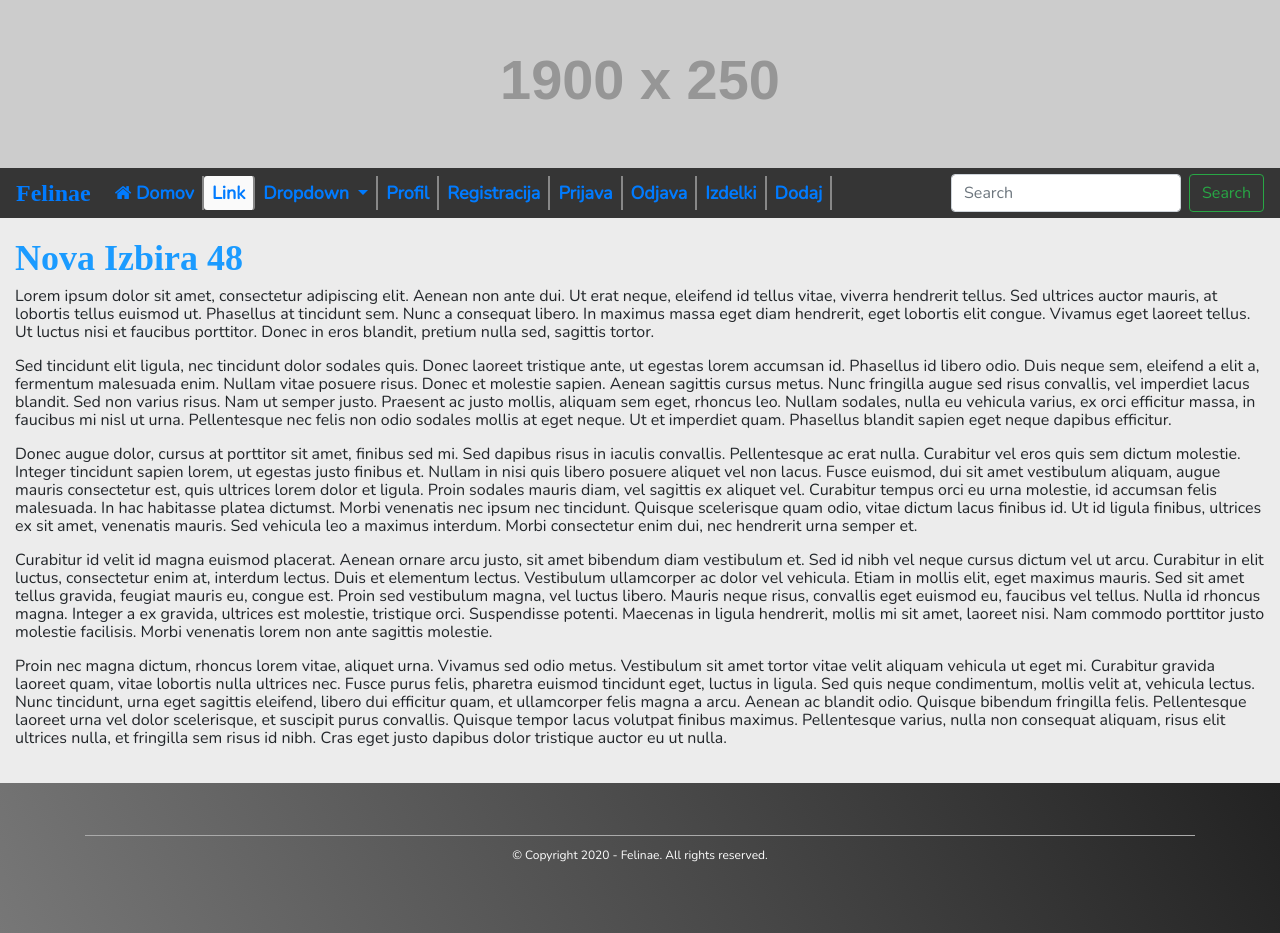
Repository: UrbyK/Felinae
Page: http://localhost/index.php?page=home
An editor plug-in stored every save of this project. The page is shown before and after the next save, followed by the edit.
The browser window is 1280 px wide. The pictures show the whole page.
Some web fonts or font styles are not loaded; a fallback is used. The page is run by PHP 8.4 with error messages shown; the project is at /var/www/html/.

Above is the page before, as saved 2020-08-29 18:28:33.

### index.php
<?php
    session_start();

    include './functions.php';

    $pdo = pdo_connect_mysql();

    $_GET   = filter_input_array(INPUT_GET, FILTER_SANITIZE_STRING);
    $_POST  = filter_input_array(INPUT_POST, FILTER_SANITIZE_STRING);

    $page = isset($_GET['page']) && file_exists($_GET['page']. '.php') ? $_GET['page'] : 'home';
    include $page . '.php';

    template_footer();

?>

### functions.php
<?php
    include './includes/dbh.inc.php';

    include_once('./includes/search-functions.php');
    include_once('./includes/picture-upload.inc.php');

    function template_header($title){
        include_once('./header.php');
    }

    function template_footer(){
        include_once('./footer.php');
    }


    function countries(){
        $pdo = pdo_connect_mysql();
        $stmt = $pdo->prepare("SELECT * FROM country");
        $stmt->execute();
        $result = $stmt->fetchAll(PDO::FETCH_ASSOC);
        return $result;
    }

    function slugify($string){
        return strtolower(trim(preg_replace('/[^A-Za-z0-9-]+/', '-', $string), '-'));
    }

    function get_image($product_id){
        $pdo = pdo_connect_mysql();
        $stmt = $pdo->prepare("SELECT * FROM product_image WHERE product_id = ?");
        $stmt->execute([$product_id]);
        $result = $stmt->fetchAll(PDO::FETCH_ASSOC);
        return $result;
    }

    function retail_price($product_id){
        $pdo = pdo_connect_mysql();
        $stmt = $pdo->prepare("SELECT * FROM product WHERE ID = ?");
        $stmt->execute([$product_id]);
        $product = $stmt->fetch();

        if($product['startsAt'] <= date('Y-m-d H:i:s') && date('Y-m-d H:i:s') <= $product['endsAt']){
            $retail_price = round($product['price']-($product['price']*($product['discount']/100)), 2);
        }
        else{
            $retail_price = $product['price'];
        }

        return $retail_price;

    }

?>

### includes/dbh.inc.php
<?php
    function pdo_connect_mysql(){
        /* credentials */
        $dbHost = 'localhost';
        $dbUser = 'root';
        $dbPass = '';
        $dbName = 'felinae';

        try{
            return new PDO('mysql:host=' . $dbHost . ';dbname=' . $dbName . ';charset=utf8', $dbUser, $dbPass);
        } catch (PDOException $exception) {
            // If there is an error with the connection, stop the script and display the error.
            die ('Failed to connect to database!'. $exception->getMessage());
        }
    }
?>

### includes/search-functions.php
<?php
    function get_city($pdo, $city, $postalCode, $country_id){

        $query = "SELECT * FROM city WHERE country_id = ? AND lower(city) LIKE lower(?) AND postalCode = ?";
        $stmt = $pdo->prepare($query);
        $stmt->execute([$country_id, $city, $postalCode]);
        return $stmt;
    }
?>

### includes/picture-upload.inc.php
<?php

    function image_upload($product_id, $url, $caption, $i){

        $pdo = pdo_connect_mysql();
        $target_dir = "./uploads/";
        $relative_dir = "./uploads/";

        $change_name = date("Y-m-d-h-i-s")."-".$product_id."-".basename($url);
        $change_name;
        $target_file = $target_dir . $change_name;
        $relative_file = $relative_dir . $change_name;

        $uploadOk = 1;
        $imageFileType = strtolower(pathinfo($target_file,PATHINFO_EXTENSION));

        if(isset($_POST["submit"])) {
            $check = getimagesize($_FILES["image"]["tmp_name"][$i]);
            if($check !== false) {
                //echo "File is an image - " . $check["mime"] . ".";
                $uploadOk = 1;
            } else {
                //echo "File is not an image.";
                $uploadOk = 0;
            }
        }

        if($imageFileType != "jpg" && $imageFileType != "png" && $imageFileType != "jpeg"
        && $imageFileType != "gif" ) {
            $uploadOk = 0;
        }

        if ($uploadOk == 1) {
            if (move_uploaded_file($_FILES["image"]["tmp_name"][$i], $target_file)) {
                //vse je ok, zapišem še v bazo
                $query = "INSERT INTO product_image(product_id, image, caption) VALUES (?,?,?)";
                $stmt = $pdo->prepare($query);
                $stmt->execute([$product_id, $relative_file, $caption]);
            }
        }
    }

?>

### home.php
<?=template_header('Home')?>
<div class="row">
    <h1>Nova Izbira 48</h1>
    <p>
    Lorem ipsum dolor sit amet, consectetur adipiscing elit. Aenean non ante dui. Ut erat neque, eleifend id tellus vitae, viverra hendrerit tellus. Sed ultrices auctor mauris, at lobortis tellus euismod ut. Phasellus at tincidunt sem. Nunc a consequat libero. In maximus massa eget diam hendrerit, eget lobortis elit congue. Vivamus eget laoreet tellus. Ut luctus nisi et faucibus porttitor. Donec in eros blandit, pretium nulla sed, sagittis tortor.
    </p>
    <p>
    Sed tincidunt elit ligula, nec tincidunt dolor sodales quis. Donec laoreet tristique ante, ut egestas lorem accumsan id. Phasellus id libero odio. Duis neque sem, eleifend a elit a, fermentum malesuada enim. Nullam vitae posuere risus. Donec et molestie sapien. Aenean sagittis cursus metus. Nunc fringilla augue sed risus convallis, vel imperdiet lacus blandit. Sed non varius risus. Nam ut semper justo. Praesent ac justo mollis, aliquam sem eget, rhoncus leo. Nullam sodales, nulla eu vehicula varius, ex orci efficitur massa, in faucibus mi nisl ut urna. Pellentesque nec felis non odio sodales mollis at eget neque. Ut et imperdiet quam. Phasellus blandit sapien eget neque dapibus efficitur.
    </p>
    <p>
    Donec augue dolor, cursus at porttitor sit amet, finibus sed mi. Sed dapibus risus in iaculis convallis. Pellentesque ac erat nulla. Curabitur vel eros quis sem dictum molestie. Integer tincidunt sapien lorem, ut egestas justo finibus et. Nullam in nisi quis libero posuere aliquet vel non lacus. Fusce euismod, dui sit amet vestibulum aliquam, augue mauris consectetur est, quis ultrices lorem dolor et ligula. Proin sodales mauris diam, vel sagittis ex aliquet vel. Curabitur tempus orci eu urna molestie, id accumsan felis malesuada. In hac habitasse platea dictumst. Morbi venenatis nec ipsum nec tincidunt. Quisque scelerisque quam odio, vitae dictum lacus finibus id. Ut id ligula finibus, ultrices ex sit amet, venenatis mauris. Sed vehicula leo a maximus interdum. Morbi consectetur enim dui, nec hendrerit urna semper et.
    </p>
    <p>
    Curabitur id velit id magna euismod placerat. Aenean ornare arcu justo, sit amet bibendum diam vestibulum et. Sed id nibh vel neque cursus dictum vel ut arcu. Curabitur in elit luctus, consectetur enim at, interdum lectus. Duis et elementum lectus. Vestibulum ullamcorper ac dolor vel vehicula. Etiam in mollis elit, eget maximus mauris. Sed sit amet tellus gravida, feugiat mauris eu, congue est. Proin sed vestibulum magna, vel luctus libero. Mauris neque risus, convallis eget euismod eu, faucibus vel tellus. Nulla id rhoncus magna. Integer a ex gravida, ultrices est molestie, tristique orci. Suspendisse potenti. Maecenas in ligula hendrerit, mollis mi sit amet, laoreet nisi. Nam commodo porttitor justo molestie facilisis. Morbi venenatis lorem non ante sagittis molestie.
    </p>
    <p>
    Proin nec magna dictum, rhoncus lorem vitae, aliquet urna. Vivamus sed odio metus. Vestibulum sit amet tortor vitae velit aliquam vehicula ut eget mi. Curabitur gravida laoreet quam, vitae lobortis nulla ultrices nec. Fusce purus felis, pharetra euismod tincidunt eget, luctus in ligula. Sed quis neque condimentum, mollis velit at, vehicula lectus. Nunc tincidunt, urna eget sagittis eleifend, libero dui efficitur quam, et ullamcorper felis magna a arcu. Aenean ac blandit odio. Quisque bibendum fringilla felis. Pellentesque laoreet urna vel dolor scelerisque, et suscipit purus convallis. Quisque tempor lacus volutpat finibus maximus. Pellentesque varius, nulla non consequat aliquam, risus elit ultrices nulla, et fringilla sem risus id nibh. Cras eget justo dapibus dolor tristique auctor eu ut nulla.
    </p>
</div>

<?=template_footer()?>

### header.php
<!DOCTYPE html>
<html>
    <head>
        <meta charset="utf-8" content="text/html"/>
        <meta name="viewport" content="width=device-width, intital-scale=1.0"/>

        <!-- JavaScript -->
        <script src="https://code.jquery.com/jquery-3.5.1.js" integrity="sha256-QWo7LDvxbWT2tbbQ97B53yJnYU3WhH/C8ycbRAkjPDc=" crossorigin="anonymous"></script>
        <!-- Boostrap -->
            <!-- CSS -->
        <link rel="stylesheet" href="https://stackpath.bootstrapcdn.com/bootstrap/4.5.0/css/bootstrap.min.css"
            integrity="sha384-9aIt2nRpC12Uk9gS9baDl411NQApFmC26EwAOH8WgZl5MYYxFfc+NcPb1dKGj7Sk" crossorigin="anonymous" />

            <!-- JavaScript -->
        <script src="https://stackpath.bootstrapcdn.com/bootstrap/4.5.0/js/bootstrap.bundle.min.js"
             integrity="sha384-1CmrxMRARb6aLqgBO7yyAxTOQE2AKb9GfXnEo760AUcUmFx3ibVJJAzGytlQcNXd" crossorigin="anonymous"></script>

        <!-- FONTAWESOME -->
        <link rel="stylesheet" href="https://stackpath.bootstrapcdn.com/font-awesome/4.7.0/css/font-awesome.min.css" integrity="sha384-wvfXpqpZZVQGK6TAh5PVlGOfQNHSoD2xbE+QkPxCAFlNEevoEH3Sl0sibVcOQVnN"
         crossorigin="anonymous">

         <script src="./js/active-menu.js" crossorigin="anonymous"></script>

         <!--CUSTOM CSS-->
         <link rel="stylesheet" href="./css/style.css">

        <title>Felinae</title>
    </head>

    <body>

        <header>
            <div class="banner"><img src="https://via.placeholder.com/1900x250" alt="banner"></div>
        </header>

       <!-- <nav class="navbar sticky-top navbar-expand-lg navbar-light bg-light ">-->
        <nav class="navbar sticky-top navbar-expand-lg">
            <a class="navbar-brand" href="#">Felinae</a>
            <button class="navbar-toggler ml-auto custom-toggler" type="button" data-toggle="collapse" data-target="#navbarSupportedContent" aria-controls="navbarSupportedContent" aria-expanded="false" aria-label="Toggle navigation">
                <span class="navbar-toggler-icon"></span>
            </button>

            <div class="collapse navbar-collapse" id="navbarSupportedContent">

                <ul class="navbar-nav mr-auto">
                    <li class="nav-item">
                        <a class="nav-link" href="./index.php"><i class="fa fa-home" aria-hidden="true"></i> Domov <span class="sr-only">(current)</span></a>
                    </li>
                    <li class="nav-item">
                        <a class="nav-link" href="./index.php?page=home">Link</a>
                    </li>
                    <li class="nav-item dropdown" >
                        <a class="nav-link dropdown-toggle" href="#" id="navbarDropdown" role="button" data-toggle="dropdown" aria-haspopup="true" aria-expanded="false">
                        Dropdown
                        </a>
                        <div class="dropdown-menu" aria-labelledby="navbarDropdown">
                        <a class="dropdown-item" href="#">Action</a>
                        <a class="dropdown-item" href="#">Another action</a>
                        <div class="dropdown-divider"></div>
                        <a class="dropdown-item" href="#">Something else here</a>
                        </div>
                    </li>

                    <li class="nav-item">
                        <a class="nav-link" href="./index.php?page=profile">Profil</a>
                    </li>
                    <li class="nav-item">
                        <a class="nav-link" href="./index.php?page=register-user">Registracija</a>
                    </li>
                    <li class="nav-item">
                        <a class="nav-link" href="./index.php?page=login">Prijava</a>
                    </li>
                    <li class="nav-item">
                        <a class="nav-link" href="./index.php?page=logout">Odjava</a>
                    </li>
                    <li class="nav-item">
                        <a class="nav-link" href="./index.php?page=products">Izdelki</a>
                    </li>
                    <li class="nav-item">
                        <a class="nav-link" href="./index.php?page=product-add">Dodaj</a>
                    </li>

                </ul>

                <form class="form-inline my-2 my-lg-0">
                    <input class="form-control mr-sm-2" type="search" placeholder="Search" aria-label="Search">
                    <button class="btn btn-outline-success my-2 my-sm-0" type="submit">Search</button>
                </form>

            </div>
        </nav>

    <div class="container-fluid">

### footer.php
    </div><!-- class="container-fluid" --->

        <footer class="page-footer font-small flow-footer" id="footer" role="contentinfo">
            <div class="footer-wrapper">
                <div class="container container-footer">
                    <div class="row">
                        <hr>

                        <div class="col-12 copy">

                            <p class="text-center">&copy; Copyright 2020 - Felinae.  All rights reserved.</p>

                        </div>

                    </div>
                </div>
            </div>
        </footer>





    </body>
</html>

### js/active-menu.js
$(function(){
    // this will get the full URL at the address bar
    var url = window.location.href;

    // passes on every "a" tag
    $(".navbar a").each(function() {
            // checks if its the same on the address bar
        if(url === (this.href)) {
            $(this).closest("li").addClass("active");
        }
    });
});

### css/style.css
@import url('http://fonts.googleapis.com/css?family=Oxygen+Mono');
@import url('https://fonts.googleapis.com/css?family=Damion|Neucha|Pacifico|Yellowtail&display=swap');
@import url('https://fonts.googleapis.com/css2?family=Crimson+Text&family=Nunito&family=Overlock&family=Source+Sans+Pro&display=swap');
@import url('https://fonts.googleapis.com/css2?family=Love+Ya+Like+A+Sister&display=swap');

*{
    text-decoration: none;
    list-style: none;
}

body{
    padding: 0;
    margin: 0 auto;
    font-size: 16px;
    line-height: 1.125em;
    height: 100%;
    min-height: 100%;
    font-family: 'Nunito', 'Source Sans Pro', sans-serif;
    background-color: #ececec;
}

h1, h2, h3, h4, h5, h6{
    font-family: 'Overlock', 'Crimson Text', cursive, serif;
    color: #1b9bff;
    font-weight: 550;
    line-height: 1.125em;
}

h1{
    font-size: 36px;
}
h2{
    font-size: 32px;
}
h3{
    font-size: 28px;
}
h4{
    font-size: 24px;
}
h5{
    font-size: 20px;
}
h6{
    font-size: 16px;
}

.container, .container-fluid{
  height: 100%;
  min-height: 100%;
}

/* BANNER */
.banner img{
    width: 100%;
    height: auto;
}

/*NAVBAR*/
.navbar{
    background-color: rgb(53,53,53);
    font-size: 18px;
    font-weight: 600;
    max-height: 50px;
}

.navbar-brand{
    font-size: 24px;
    font-family: 'Love Ya Like A Sister','Overlock';
    font-weight: 800;

}

.custom-toggler .navbar-toggler-icon {
    background-image: url("data:[embedded picture, 239 characters]");
  }

  .custom-toggler, .navbar-toggler {
    border-color: rgb(27, 155, 255);
    border-width: 2px;
  }

  .active{
    background-color: #FAFAFA;
    border-radius: 3px;
  }
.navbar-nav .nav-item{
    border-right: 2px solid #888;
}

/*=======FOOTER=========*/
footer {
  background: #535355;
  background: -webkit-linear-gradient(63deg, #777777, #222222);
  background: linear-gradient(63deg, #777777, #222222);
  color: white;
  height: 150px;
  position: relative;
  width: 100%;
}

footer a {
  color: #fefefe;
  font-size: 14px;
  transition-duration: 0.2s;
}

footer a:hover {
  color: #1b9bff;
  text-decoration: none;
}

.copy {
  font-size: 12px;
  padding: 10px;
  border-top: 1px solid #aaa;
}

.footer-wrapper {
  padding-top: 2em;
  color: white;
}



/*REGISTER/LOGIN FORM*/

.my-form .hint{
    font-size: 10px;
}

/*======PRODUCT ADD======*/
.form-group .col #charNum{
  float: right;
}

/*======== HOVERBOX ==============*/
/* displays text when you hover over the image */
.hvrbox,
.hvrbox * {
  box-sizing: border-box;
}

.hvrbox {
  position: relative;
  display: inline-block;
  overflow: hidden;

  height: 100%;
  width: auto;
  margin-top: 5%;
  padding-bottom: 10px;

  border-bottom: 1px dashed #aaa;
}

.hvrbox img {
  max-width: 100%;
  margin: auto;
}

.hvrbox .hvrbox-layer_bottom {
  display: block;
}

.hvrbox .hvrbox-layer_top {
  opacity: 0;
  position: absolute;
  top: 0;
  left: 0;
  right: 0;
  bottom: 0;
  width: 100%;
  height: 100%;
  background: rgba(0, 0, 0, 0.6);
  color: #fff;
  padding: 15px;
  -moz-transition: all 0.5s ease-in-out 0s;
  -webkit-transition: all 0.5s ease-in-out 0s;
  -ms-transition: all 0.5s ease-in-out 0s;
  transition: all 0.5s ease-in-out 0s;
}

.hvrbox:hover .hvrbox-layer_top,
.hvrbox.active .hvrbox-layer_top {
  opacity: 1;
  height: 100%;
}

.hvrbox .hvrbox-text {
  text-align: center;
  font-size: 17px;
  display: inline-block;
  position: absolute;
  top: 50%;
  left: 50%;
  -moz-transform: translate(-50%, -50%);
  -webkit-transform: translate(-50%, -50%);
  -ms-transform: translate(-50%, -50%);
  transform: translate(-50%, -50%);
}

.hvrbox .hvrbox-text_mobile {
  font-size: 15px;
  border-top: 1px solid rgb(179, 179, 179); /* for old browsers */
  border-top: 1px solid rgba(179, 179, 179, 0.7);
  margin-top: 5px;
  padding-top: 2px;
  display: none;
}

.hvrbox.active .hvrbox-text_mobile {
  display: block;
}

.hvrbox .hvrbox-layer_slideup {
  -moz-transform: translateY(100%);
  -webkit-transform: translateY(100%);
  -ms-transform: translateY(100%);
  transform: translateY(100%);
}

.hvrbox:hover .hvrbox-layer_slideup,
.hvrbox.active .hvrbox-layer_slideup {
  -moz-transform: translateY(0);
  -webkit-transform: translateY(0);
  -ms-transform: translateY(0);
  transform: translateY(0);
}

.hvrbox:hover .price{
  color: #fff;
  -moz-transition: color 0.8s ease 0s;
  -webkit-transition: color 0.8s ease 0s;
  -ms-transition: color 0.8s ease 0s;
  transition: color 0.8s ease 0s;
}

/*========PRODUCTS=========*/
.card-btn form input{
  max-width: 250px;
  width: 100%;
}

form input[type="number"] {
  width: 100%;
	padding: 10px;
	margin-bottom: 15px;
	border: 1px solid #aaa;
	color: #555555;
  border-radius: 5px;
  -moz-appearance: textfield;
}

form input[type="submit"] {
	background-color: #1b9bff;;
	border: 0;
	color: #FFFFFF;
	width: 100%;
	padding: 12px 0;
	text-transform: uppercase;
	font-size: 14px;
	font-weight: bold;
	border-radius: 5px;
  cursor: pointer;

}

form input[type="submit"]:hover {
	background-color: #1a5f94;;
}


.product-item {
  background-color: #fff;
  border: 1px solid black;
}

.product-name{
  font-size: 16px;
  /*padding-top: 15px;*/
  font-weight: bold;
  color: #1b9bff;
  font-family: 'Franklin Gothic Medium', 'Arial Narrow', Arial, sans-serif;
}

.product-name:hover{
color: #1a5f94;
}



/* THUMBNAIL FOR IMAGE PREVIEW ON PRODUCTS*/
.img-thumbnail{
  max-height: 100%;
  height: auto;
  width: auto;
}

.row{
  margin: 20px auto;
}


/* CARD */
.products-preview{
  max-height: 450px;
}

.products-preview-body{
  height: 200px;

}

.products-preview-body ul{
  list-style: none;
  padding: 0;
}
/*
.products-preview-body span {
  position: relative;
  display: block;
}*/

/*==products prices==*/
.card-btn{
  margin: 20px auto;
}

.price{
  font-weight: bold;
  font-size: 20px;
  color: #3f3f3f;
  }

.old-price{
  font-size: 20px;
  margin: 0 5px;
  font-weight: normal;
  color: #777;
}

.discount{
  font-size: 18px;
  color: #eee;
  font-weight: 900;
  border: 2px solid #009900;
  border-radius: 50%;
  background-color: #009900;
  margin: 3px;
  padding: 5px;
  float: right;
  text-decoration: none;
}

del, .old-price{
  text-decoration: line-through;
}

input[type=submit]:disabled{
  background-color: #346081;
}

.product-picture{
  display: flex;
  align-items: center;
  justify-content: center;
}

.product-picture img{
  align-items: center;
  justify-content: center;
  max-width: 100%;
  margin: auto;
  border: 2px solid #aaa;
  max-height: 650px;
  /*border-radius: 50px;*/
}



.product-info{
  margin: auto 0;
  padding-right: 5%;
  padding-bottom: 55px;
  background-color: #efefef;
}

.product-info h1 {
	font-size: 34px;
	font-weight: normal;
	margin: 0;
  padding: 20px 0 10px 0;
  color: #1b9bff;
  font-family:  'Franklin Gothic Medium', 'Arial Narrow', Arial, sans-serif;
}

.product-info .price {
	display: block;
	font-size: 22px;
}

.product-info form {
	display: flex;
	flex-flow: column;
  margin: 40px 0;
}

.product-info form input,
.card-btn form input{
  max-width: 250px;
  width: 100%;
}

.product-info form input[type="number"],
.card-btn form input[type="number"],
.cart form input[type="number"] {
  width: 100%;
	padding: 10px;
	margin-bottom: 15px;
	border: 1px solid #aaa;
	color: #555555;
  border-radius: 5px;
  -moz-appearance: textfield;
}

.product-info form input[type="submit"],
.card-btn form input[type="submit"] {
	background-color: #1b9bff;;
	border: 0;
	color: #FFFFFF;
	width: 100%;
	padding: 12px 0;
	text-transform: uppercase;
	font-size: 14px;
	font-weight: bold;
	border-radius: 5px;
  cursor: pointer;

}
.product-info form input[type="submit"]:hover,
.card-btn form input[type="submit"]:hover {
	background-color: #1a5f94;;
}
/*
.product-price .old-price{
  float: left;
}
*/
li .discount{
  float: none;
  text-decoration: none !important;
}

.product-price .retail-price{
  font-size: 38px;
  margin-top: 24px;
}

/*===CAROUSEL===*/
.carousel-control:hover{
  background-color: rgba(51, 51, 51, 0.5);
}

.carousel-inner {
  margin: auto 0;
}

.sales-date{
  margin-bottom: 10px;
  font-size: 18px;
  color: #009900;
}

.whitespace{
  white-space: pre-wrap;
}

.products-preview{
  margin: 5px auto;
}

.measurements{
  white-space: nowrap;
}

.measurements li{
  display: inline;
}


/*======FOOTER======*/

After the next save:
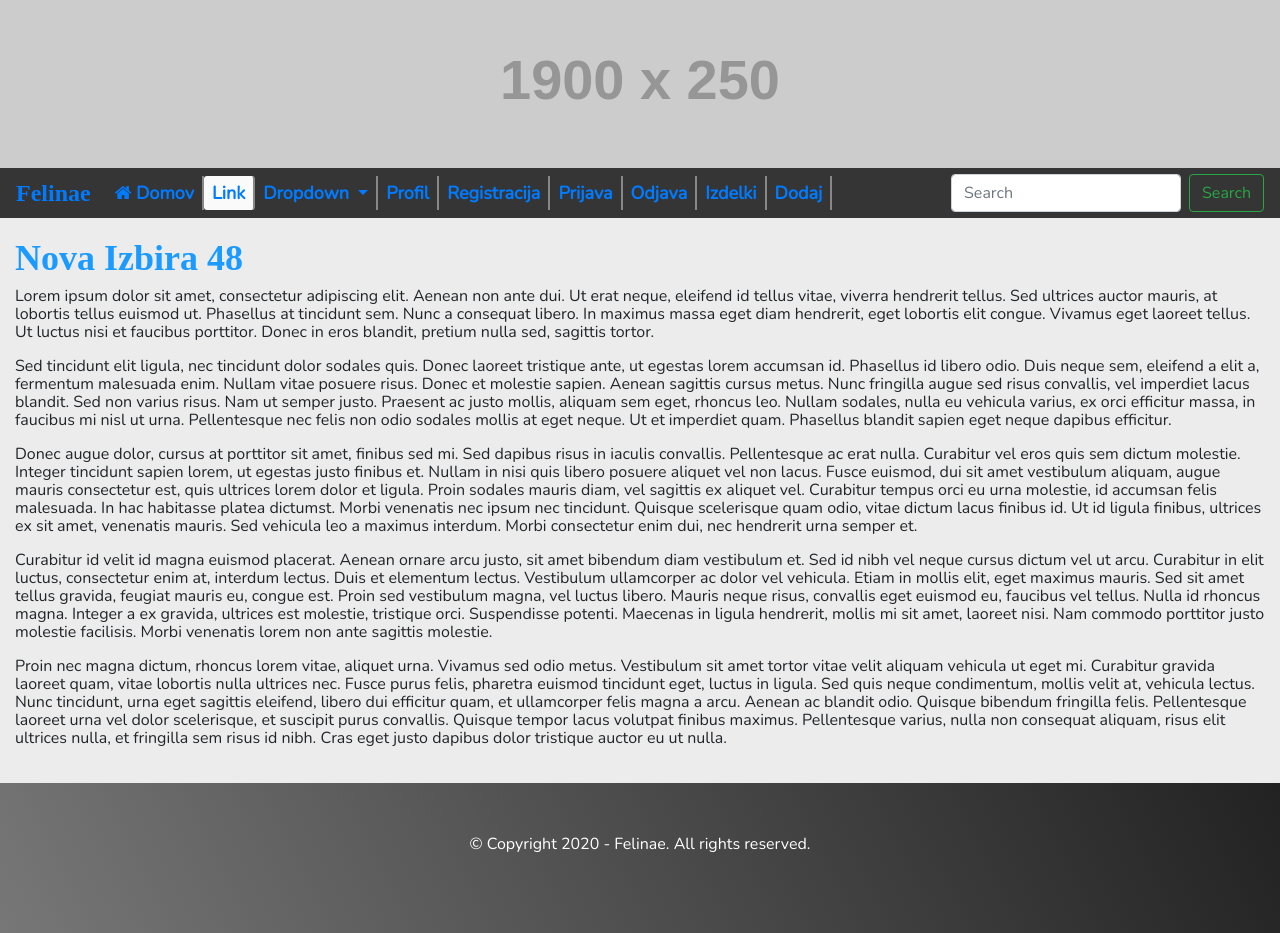
Saved 10 s later.
--- a/footer.php
+++ b/footer.php
@@ -4,9 +4,9 @@
             <div class="footer-wrapper">
                 <div class="container container-footer">
                     <div class="row">
-                        <hr>
+                        <hr copy>
 
-                        <div class="col-12 copy">
+                        <div class="col-12">
 
                             <p class="text-center">&copy; Copyright 2020 - Felinae.  All rights reserved.</p>
 
